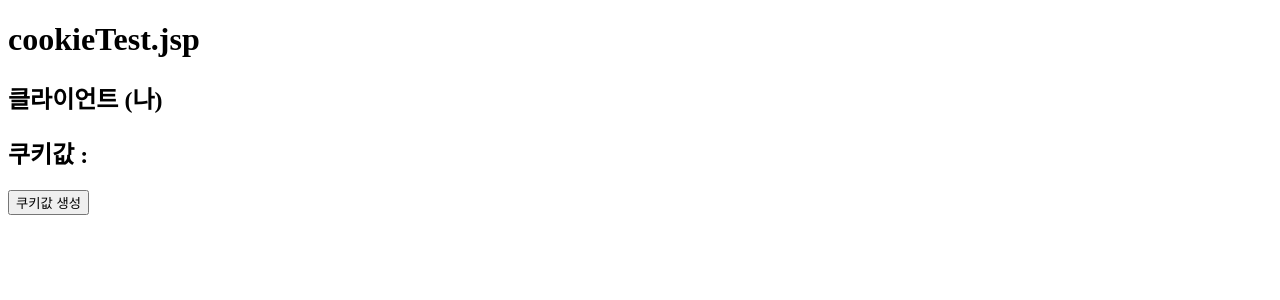
Repository: HeeYoung9/young9
Page: http://localhost/JSP7/jsp/cookieTest.jsp
An editor plug-in stored every save of this project. The page is shown before and after the next save, followed by the edit.
The browser window is 1280 px wide. The pictures show the whole page.
The page is served by Tomcat 9.

Above is the page before, as saved 2023-08-24 08:23:14.

After the next save:
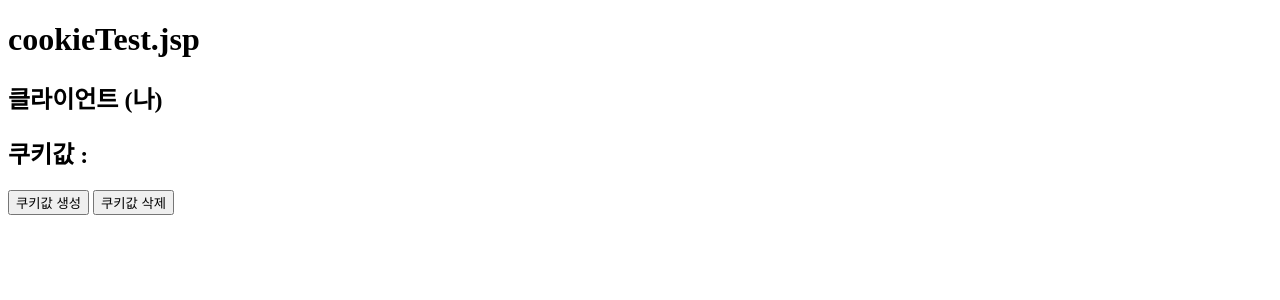
Saved 5 min 50 s later.
--- a/JSP7/src/main/webapp/jsp/cookieTest.jsp
+++ b/JSP7/src/main/webapp/jsp/cookieTest.jsp
@@ -35,6 +35,9 @@
 
 <input type="button" value="쿠키값 생성" onclick="location.href='cookieSet.jsp'">
 
+<input type="button" value="쿠키값 삭제" onclick="location.href='cookieSet.jsp'">
+
+
 
 </body>
 </html>
